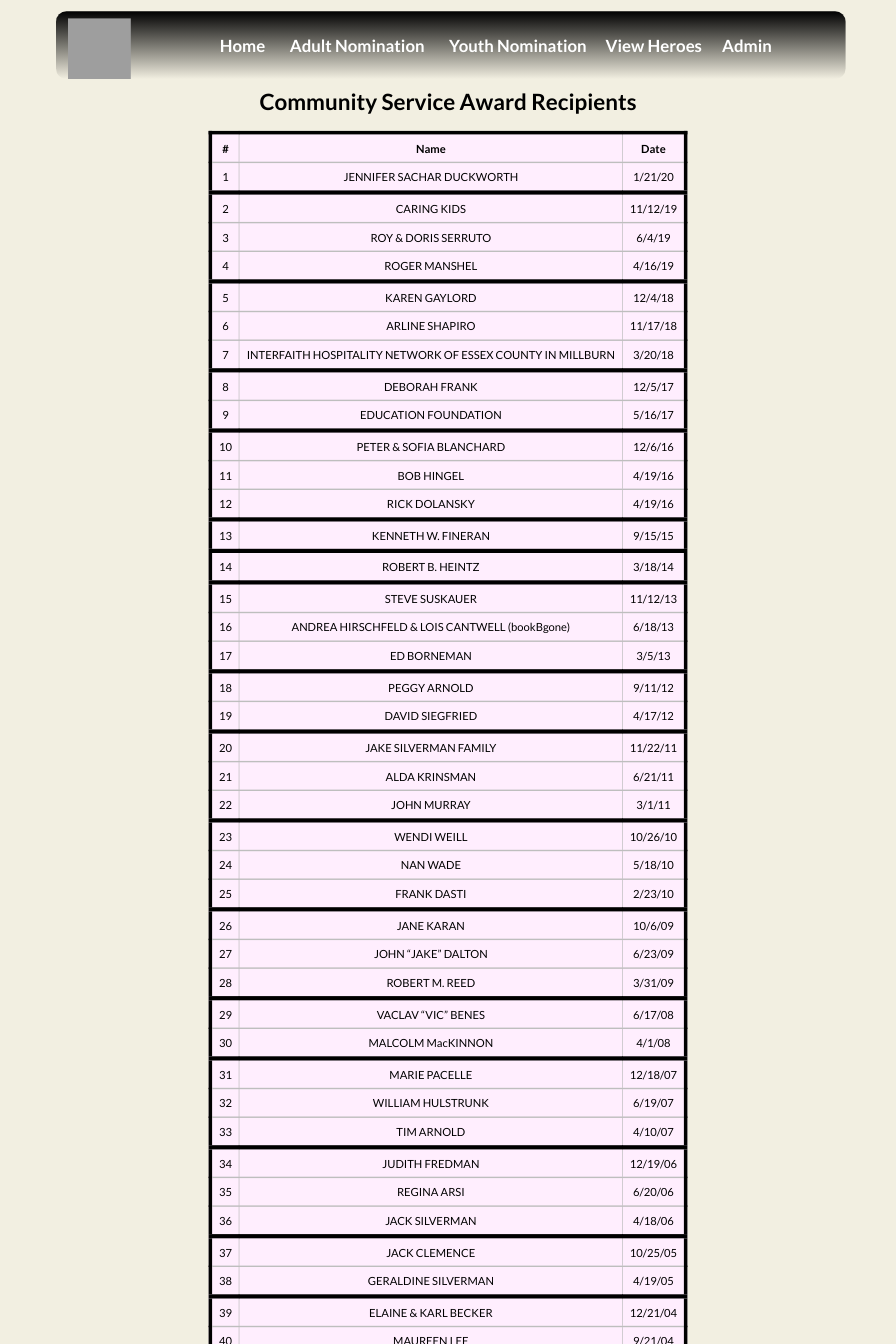
Repository: Centrattic/CSAC
Page: http://localhost/Frontend/before2020.php
An editor plug-in stored every save of this project. The page is shown before and after the next save, followed by the edit.
The browser window is 1280 px wide. The pictures show the part of the page from y = 0 to 1920 px (the page is 3839 px tall), at 70% of full size.
Pictures or frames that could not be fetched are drawn as grey boxes. The page is run by PHP 8.4 with error messages shown; the project is at /var/www/html/.

Above is the page before, as saved 2020-12-23 11:06:33.

After the next save:
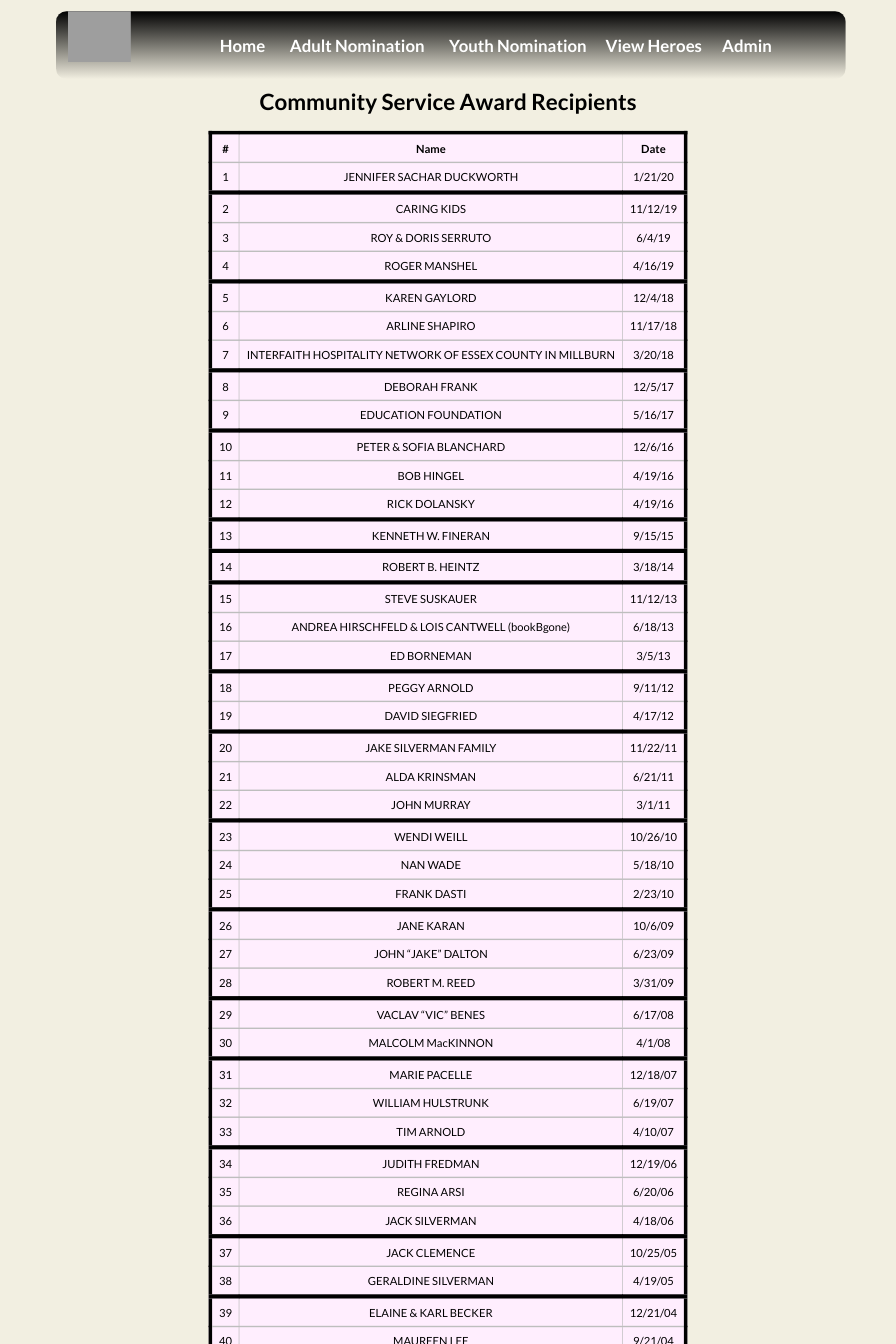
Saved 5 s later.
--- a/CSS/navbar.css
+++ b/CSS/navbar.css
@@ -12,7 +12,7 @@
 
 #logo {
     display: inline-flex;
-    align-items: flex-start;
+    align-items: flex-end;
     justify-content: center;
     width: 10%;
     float: left;

After the save that followed:
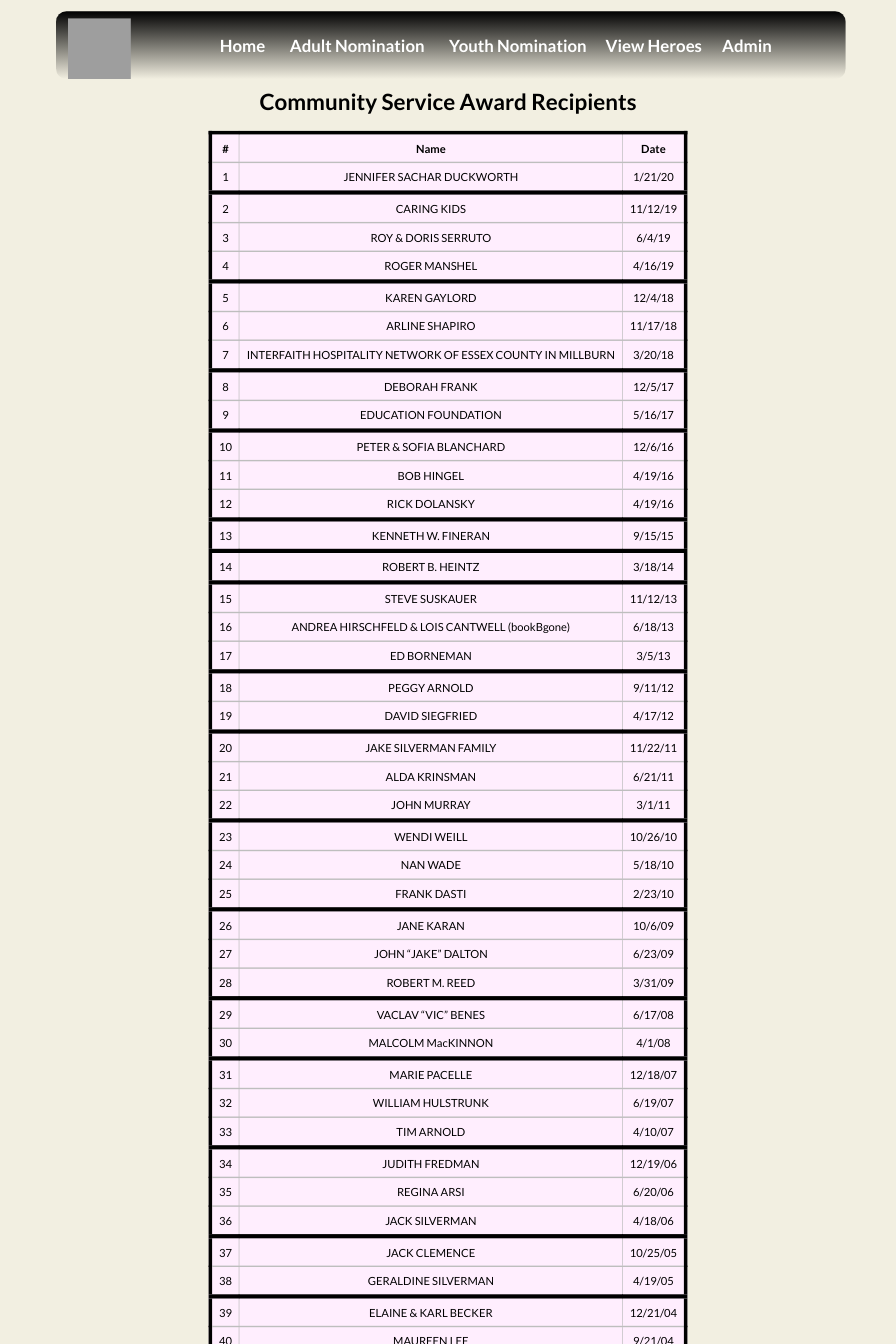
Saved 6 s later.
--- a/CSS/navbar.css
+++ b/CSS/navbar.css
@@ -12,7 +12,7 @@
 
 #logo {
     display: inline-flex;
-    align-items: flex-end;
+    align-items: flex-start;
     justify-content: center;
     width: 10%;
     float: left;
